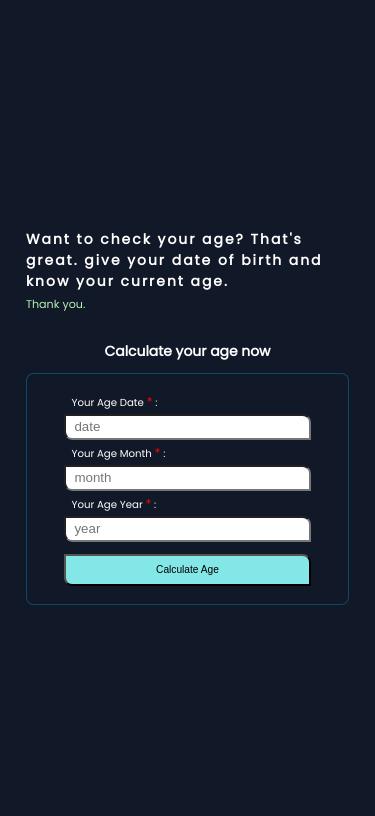
Repository: omarpervezz/age-calculator
Page: index.html
An editor plug-in stored every save of this project. The page is shown before and after the next save, followed by the edit.
The browser window is 375 px wide. The pictures show the whole page.
Some web fonts or font styles are not loaded; a fallback is used.

Above is the page before, as saved 2022-08-13 00:51:48.

### index.html
<!doctype html>
<html lang="en">

<head>
    <!-- Required meta tags -->
    <meta charset="utf-8">
    <meta name="viewport" content="width=device-width, initial-scale=1">

    <!-- Font Awesome Icons  -->
    <link rel="stylesheet" href="https://cdnjs.cloudflare.com/ajax/libs/font-awesome/5.15.1/css/all.min.css"
        integrity="sha512-+4zCK9k+qNFUR5X+cKL9EIR+ZOhtIloNl9GIKS57V1MyNsYpYcUrUeQc9vNfzsWfV28IaLL3i96P9sdNyeRssA=="
        crossorigin="anonymous" />

    <!-- Google Fonts  -->
    <link rel="preconnect" href="https://fonts.googleapis.com">
    <link rel="preconnect" href="https://fonts.gstatic.com" crossorigin>
    <link href="https://fonts.googleapis.com/css2?family=Poppins&display=swap" rel="stylesheet">
    <!-- Google Icon -->
    <link href="https://fonts.googleapis.com/icon?family=Material+Icons"
      rel="stylesheet">
      <link rel="stylesheet" href="https://fonts.googleapis.com/css2?family=Material+Symbols+Outlined:opsz,wght,FILL,GRAD@48,400,0,0" />
     <link rel="stylesheet" href="style.css">

    <title>Age Calculator</title>
</head>

<body>
   <div class="age_calculator_container">
    <div class="info container">
      <h1>Want to check your age? That's great. give your date of birth and know your current age.</h1>
      <span>Thank you.</span>
     </div>
    <div class="container">
      <h2>Calculate your age now</h2>
       <div class="box">
        <form action="#" id="form">
            <div class="date_of_birth">
              <label for="date">
                Your Age Date <span>*</span> :
              </label>
              <input type="number" id="date" placeholder="date" class="date">
            </div>
            <div class="date_of_month">
              <label for="month">
                Your Age Month <span>*</span> :
              </label>
              <input type="number" id="month" placeholder="month" class="month">
            </div>
            <div class="date_of_year">
              <label for="year">
                Your Age Year <span>*</span> :
              </label>
              <input type="number" id="year" placeholder="year" class="year">
            </div>
            <div class="submit_">
              <button type="submit" id="submit" class="btn btn-primary">Calculate Age</button>
            </div>
        </form>
       </div>

    </div>
   </div>

    <script src="calculate.js"></script>
</body>

</html>

### style.css
body{
  background-color: #111827;
  color: white;
  font-family: 'Poppins', sans-serif;
  box-sizing: border-box;
  height: 100vh;
  display: flex;
  justify-content: center;
  align-items:
  center;
  overflow-x: hidden;
}
:root{
  --width:100%;
}
html{
  font-size: 62.5%;
}
h1{
  font-size: 1.5rem;
  margin-bottom: .4rem;
  padding-top: 1rem;
  line-height: 38px;
  letter-spacing: 2px;
}
h2{
  text-align: center;
  margin-top: 3rem;
}
.info span{
  color: #b3f1b3;
  font-weight: normal;
  font-size: 1.2rem;
}
.container{
  max-width: calc(var(--width) - 30%);
  margin: auto;
}
.box{
  background-color: #111827;
  overflow: hidden;
  padding: 2rem 4rem;
  height: fit-content;
  border: .2rem solid #0d81b973;
  border-radius: .8rem;
}
.box div{
  width:100%;
}
.box label{
  width:100%;
  display: block;
  font-size: 1.1rem;
  margin-bottom: .3rem;
  padding: 0 .8rem;
}
.box label span{
  color: red;
  margin-top: 0rem;
  font-size: 1.3rem;
}
.box input{
  padding: .9rem .9rem;
  margin-bottom: .4rem;
  border-top-right-radius: .9rem;
  border-bottom-left-radius: .9rem;
  width: 100%;
  box-sizing: border-box;
  transition: 0.3s background linear;
  -webkit-transition: 0.3s background linear;
  -moz-transition: 0.3s background linear;
  -ms-transition: 0.3s background linear;
  -o-transition: 0.3s background linear;
}
.addFocused{
  background: rgb(0 0 0);
  border: .2rem solid #0f4768;
  color: white;
}
.addFocused::placeholder{
  color: white;
  text-transform: capitalize;
}
.submit_{
  width: 82%;
}
.submit_ button{
  width: 100%;
  padding: .9rem .9rem;
  border-top-right-radius: .9rem;
  border-bottom-left-radius: .9rem;
  font-size: 1.1rem;
  cursor: pointer;
  background: #84e7e7;
  margin-top: .9rem;
  transition: 0.6s background linear;
  -webkit-transition: 0.6s background linear;
  -moz-transition: 0.6s background linear;
  -ms-transition: 0.6s background linear;
  -o-transition: 0.6s background linear;
}
.submit_ button:hover{
  background: transparent;
  color: #fff;
  border: .1rem solid white;
}
.result_box{
  background-color: #005574;
  border-radius: .9rem;
  margin-top: 2rem;
  position: relative;
}
.result_content{
  display:
  flex;
  flex-direction: column;
  padding: 1.3rem 0;
}
.result_content div{
  display:
  flex;
  flex-direction: row;
  justify-content: space-evenly;
}
.result_content div span{
  color: #e9e8e9;
  font-weight: 400;
  display: inline-block;
  margin-bottom: .7rem;
}
.material-symbols-outlined{
  position: absolute;
  right: 1.3rem;
  font-size: 1.4rem;
  top: 0.8rem;
  cursor: pointer;
  color: #4febf3;
  font-weight: normal;
}

@media (max-width:476px){
  html{
    font-size: 58%;
  }
  h1{
    line-height: initial;
  }
  .container{
    max-width: calc(var(--width) - 10%);
  }
  .box input{
    padding: .4rem .9rem;
  }
}

### calculate.js
const birth_date = document.querySelector('.date');
const month = document.querySelector('.month');
const year = document.querySelector('.year');

// focus input and change bg
birth_date.addEventListener('focus', function(event){
  addClass(birth_date,event);
});
month.addEventListener('focus', function(event){
  addClass(month,event)
});
year.addEventListener('focus', function(event){
  addClass(year,event)
});
const addClass = (input,event) => {
  if(event.path[0].id == 'date'){
    event.path[0].classList.add('addFocused');
    month.classList.remove('addFocused');
    year.classList.remove('addFocused');
  }else if(event.path[0].id == 'month'){
    event.path[0].classList.add('addFocused');
    birth_date.classList.remove('addFocused');
    year.classList.remove('addFocused');
  }else if(event.path[0].id == 'year'){
    event.path[0].classList.add('addFocused');
    month.classList.remove('addFocused');
    birth_date.classList.remove('addFocused');
  }
}

const calculateAge = document.querySelector('#form');
calculateAge.addEventListener('submit', function(event) {
  event.preventDefault();
  let userDateOfBirth = document.querySelector('#date').value;  // 20
  let userBirthMonth = document.querySelector('#month').value;  // 12
  let userBirthYears = document.querySelector('#year').value;   // 1990

  // today date
  let date = new Date();   // new date
  let todayDate = date.getDate();  // current date
  let currentMonth = 1 + date.getMonth() // current month;
  let currentYear = date.getFullYear() // current year;
  let months_ = [31, 28, 31, 30, 31, 30, 31, 31, 30, 31, 30, 31] // random array for 31 28 30 calculated;


  if(userDateOfBirth > todayDate){  // checking if userdate > today date
    todayDate = todayDate + months_[currentMonth - 1]; // 44
    currentMonth = currentMonth - 1; //7
  }
if(userBirthMonth > currentMonth){
  console.log(currentMonth);
  currentMonth = currentMonth + 12; // 19
  console.log(currentMonth);
  currentYear = currentYear - 1; // 2021
}

  let d = todayDate - userDateOfBirth; // 13 - 20 = -7
  console.log(currentMonth);
  console.log(userBirthMonth);
  let m = currentMonth - userBirthMonth // 8 - 12 == -4;
  let y = currentYear - userBirthYears // 2022 - 1990 32;

  const box = document.querySelector('.box');

  box.innerHTML += `
  <div class="result_box">
  <span class="material-symbols-outlined" id="close-item">
close
</span>

  <div class="result_content">
   <div>
     <span>Your Age</span><span>${y} Years</span>
   </div>
   <div><span>Your Month</span><span>${m} Month</span></div>
   <div>
     <span>Your Days</span><span>${d} Days</span>
   </div>
  </div>
</div>
  `
  const item = document.querySelector('.result_box');
  const closeItem = document.querySelector('#close-item');
  closeItem.addEventListener('click', function(event){
    item.remove();
    location.reload();
  })
});

After the next save:
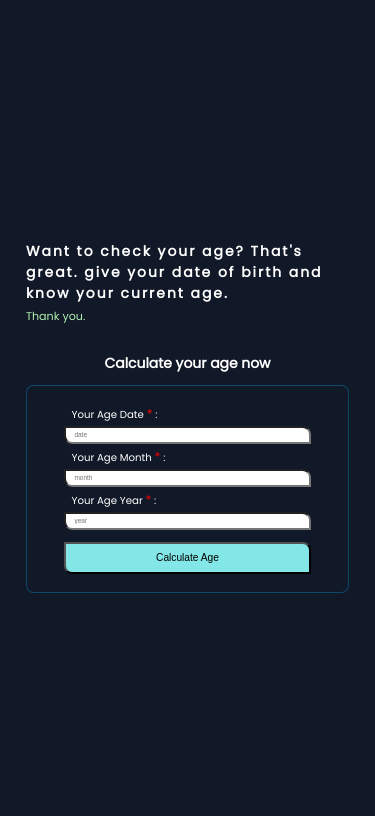
Saved 18 s later.
--- a/style.css
+++ b/style.css
@@ -150,5 +150,6 @@ h2{
   }
   .box input{
     padding: .4rem .9rem;
+    font-size: .7rem;
   }
 }
